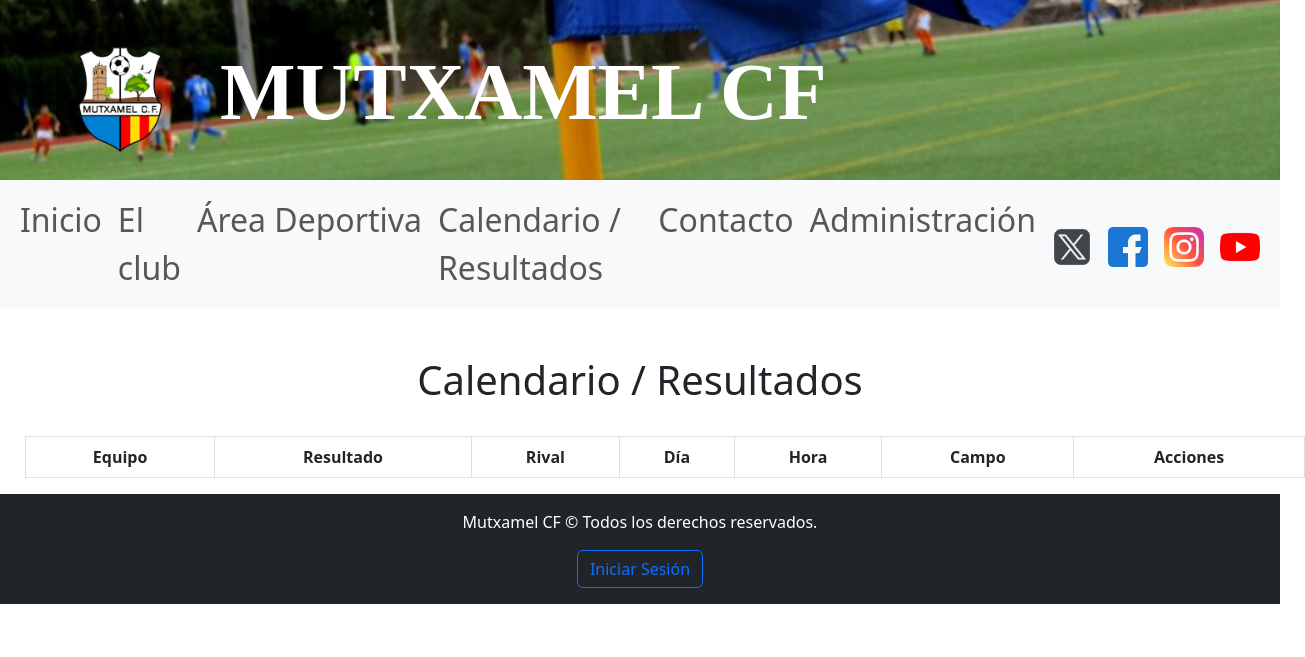
Repository: mikeluca/webMutxamelCF
Page: http://localhost/admin/calendario-resultados
An editor plug-in stored every save of this project. The page is shown before and after the next save, followed by the edit.
The browser window is 1280 px wide. The page is 1305 px wide, then 1280 px, so the pictures cover 1305 px, including what lies to the right of the window. The pictures show the whole page.
Some web fonts or font styles are not loaded; a fallback is used. Some web libraries are served in a nearby version. The page is this project's Thymeleaf template; nobody is signed in. The template is opened directly, without the code that normally fills it, so the values that code supplies are empty.

Above is the page before, as saved 2024-10-29 15:19:25.

After the next save:
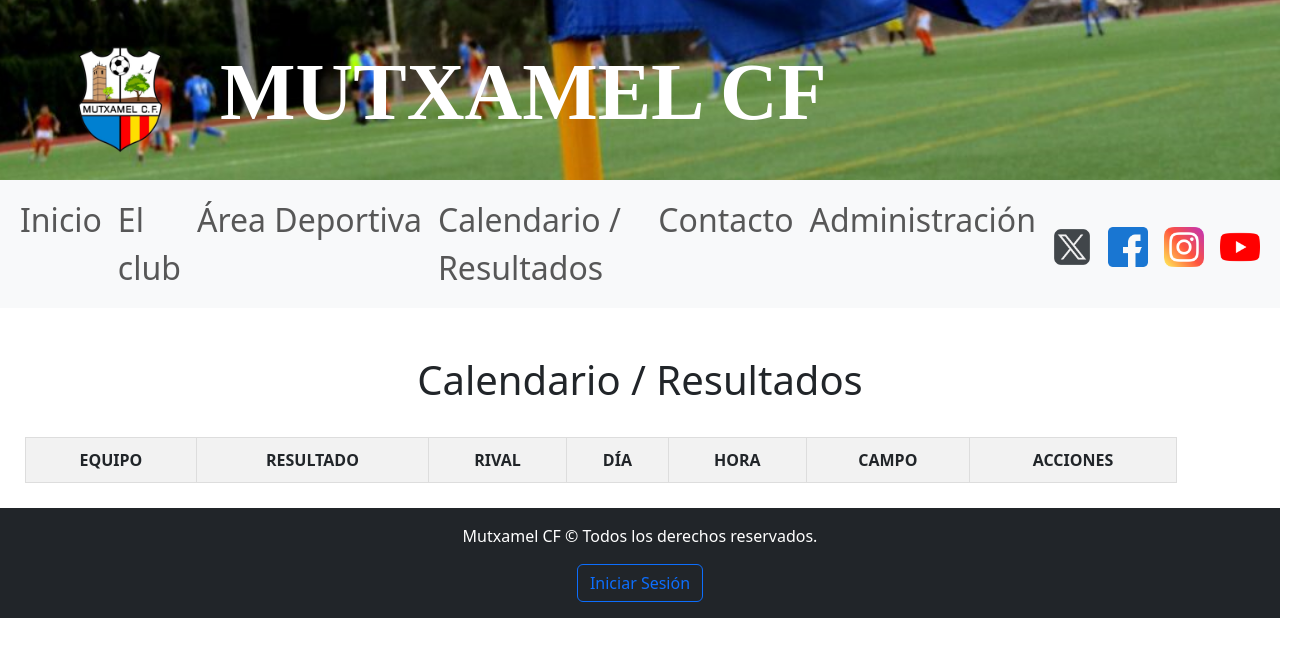
Saved 2 min 5 s later.
--- a/mvc/src/main/resources/templates/admin/calendario-resultados.html
+++ b/mvc/src/main/resources/templates/admin/calendario-resultados.html
@@ -17,18 +17,17 @@
 
 	<h1 class="text-center mt-5">Calendario / Resultados</h1>
 
-	<!-- Formulario para actualizar resultados -->
-	<form method="post" th:action="@{/admin/calendario-resultados/actualizar}">
-		<table class="table table-bordered mt-4">
+	<form method="post" action="/admin/calendario-resultados/actualizar">
+		<table>
 			<thead>
 				<tr>
-					<th>Equipo</th>
-					<th>Resultado</th>
-					<th>Rival</th>
-					<th>Día</th>
-					<th>Hora</th>
-					<th>Campo</th>
-					<th>Acciones</th>
+					<th>EQUIPO</th>
+					<th>RESULTADO</th>
+					<th>RIVAL</th>
+					<th>DÍA</th>
+					<th>HORA</th>
+					<th>CAMPO</th>
+					<th>ACCIONES</th>
 				</tr>
 			</thead>
 			<tbody>
@@ -70,6 +69,7 @@
 	</form>
 
 
+
 	<!-- Incluir el footer -->
 	<div th:replace="~{footer.html}"></div>
 
